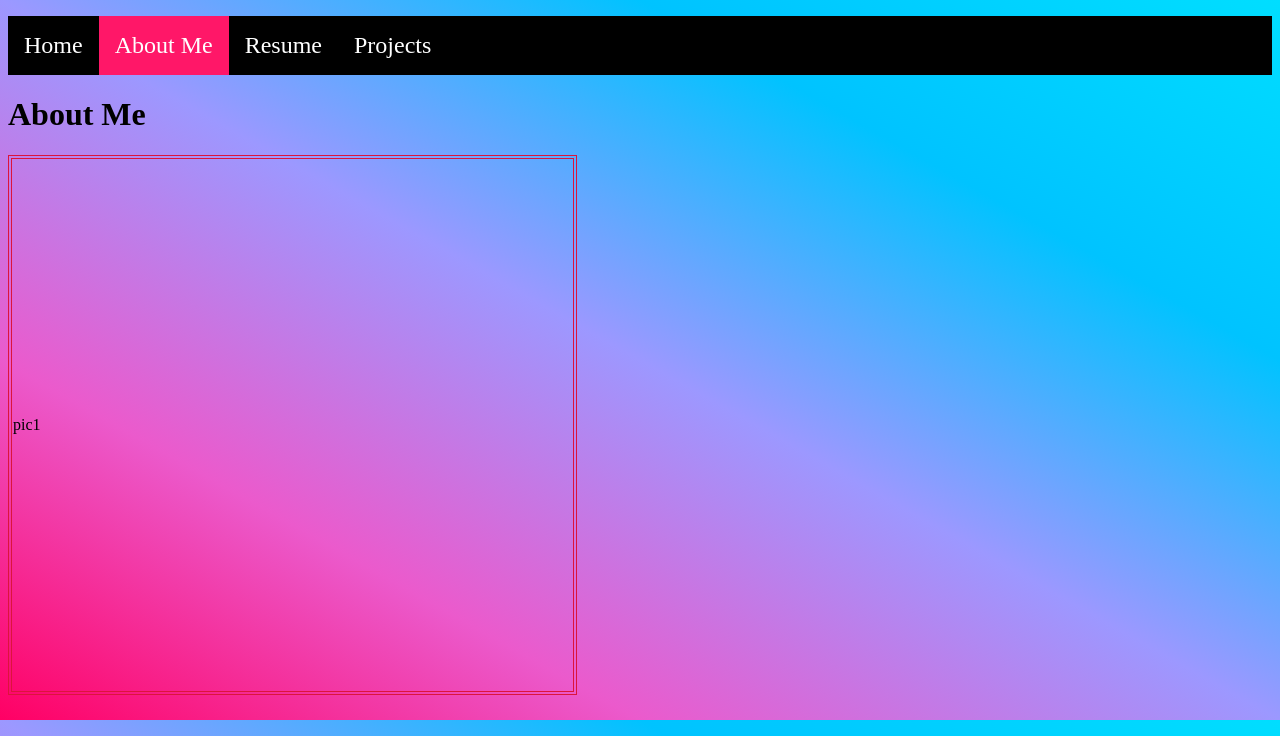
Repository: Zatarain10/Zatarain10.github.io
Page: aboutme.html
The author's editor kept a record of every edit. The page is drawn from the files as they stood at one moment, then again after the next edit.
The browser window is 1280 px wide. The pictures show the whole page.

Above is the page before.

After the next edit:
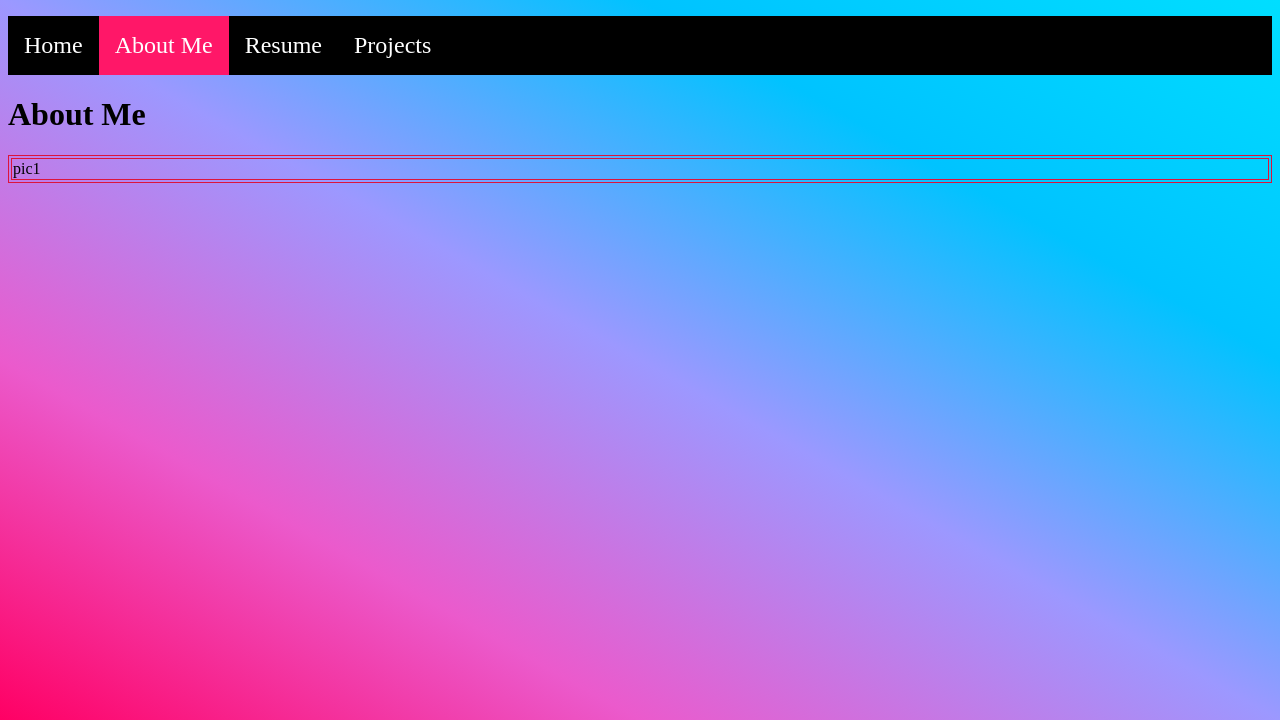
The edit:
--- a/style.css
+++ b/style.css
@@ -47,8 +47,11 @@
         }
 
         body{
-            height: 100%;
-            background-repeat: no-repeat;
-            background-attachment: fixed;
             background: linear-gradient(to right top, #ff0064, #eb5acc, #9c98ff, #00c3ff, #00deff);
         }
+
+        table, th, td{
+            border: 1px solid crimson;
+            width: 100%;
+            height: 75%;
+        }
